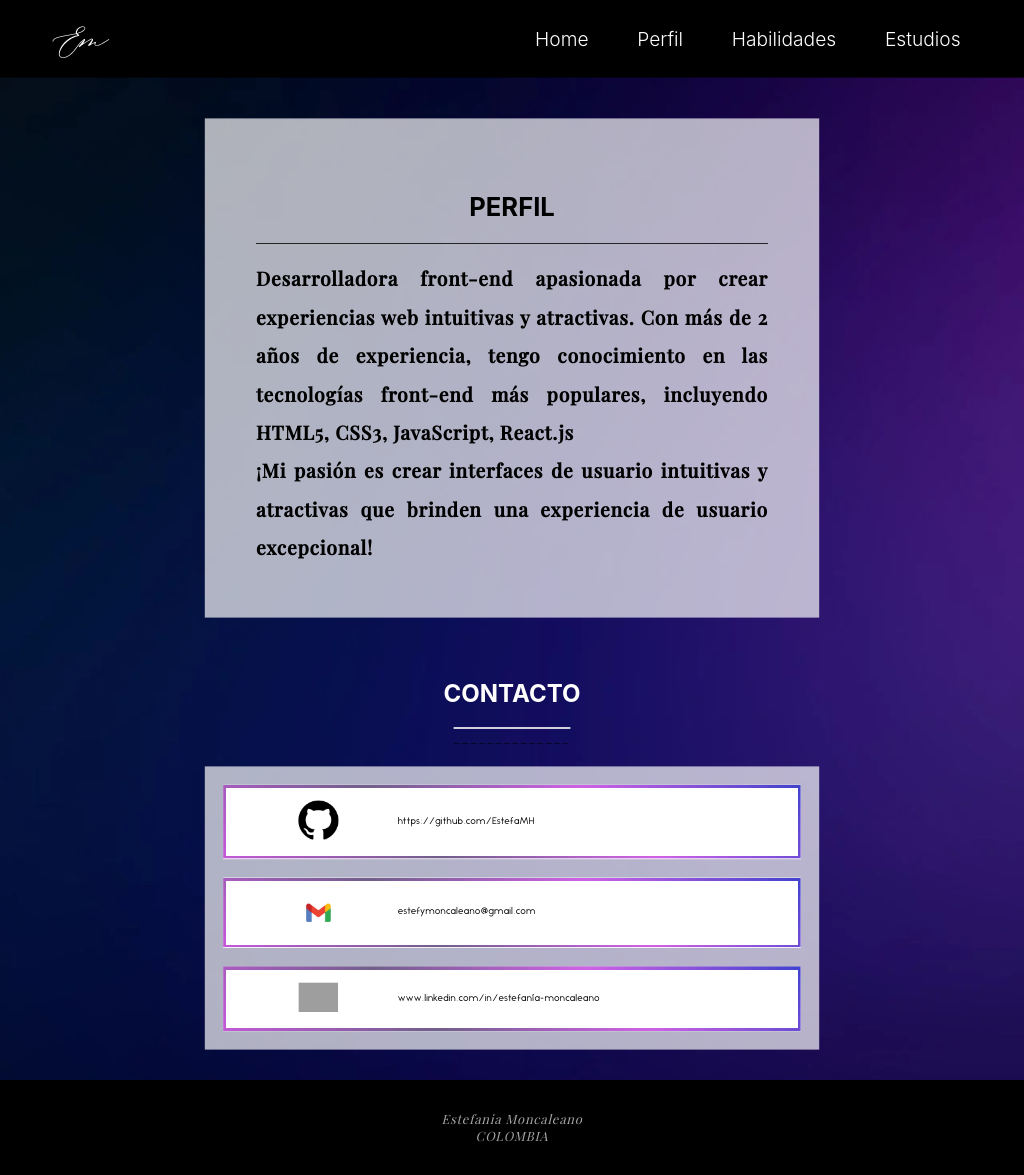
Repository: EstefaMH/PORTAFOLIO
Page: /aboutme
These files come from the project's save history. The page is drawn as it stood at one moment and after a run of saves; the edit follows.
The browser window is 1280 px wide. The pictures show the whole page, at 80% of full size.
Pictures or frames that could not be fetched are drawn as grey boxes. Some web fonts or font styles are not loaded; a fallback is used. The project was rebuilt for these pictures with package versions that can differ from the ones it lists, and the page was loaded fresh each time. Also part of the build but not shown: src/pages/home/Home.js, src/pages/error/Error404.css, src/pages/error/Error404.js, src/pages/jobs/Jobs.js, src/models/Languages.js, src/components/project/project.js, src/pages/skills/Skills.css, src/pages/skills/Skills.js and 2 more.

Above is the page before, as saved 2024-05-23 22:50:44.

After the next 5 saves:
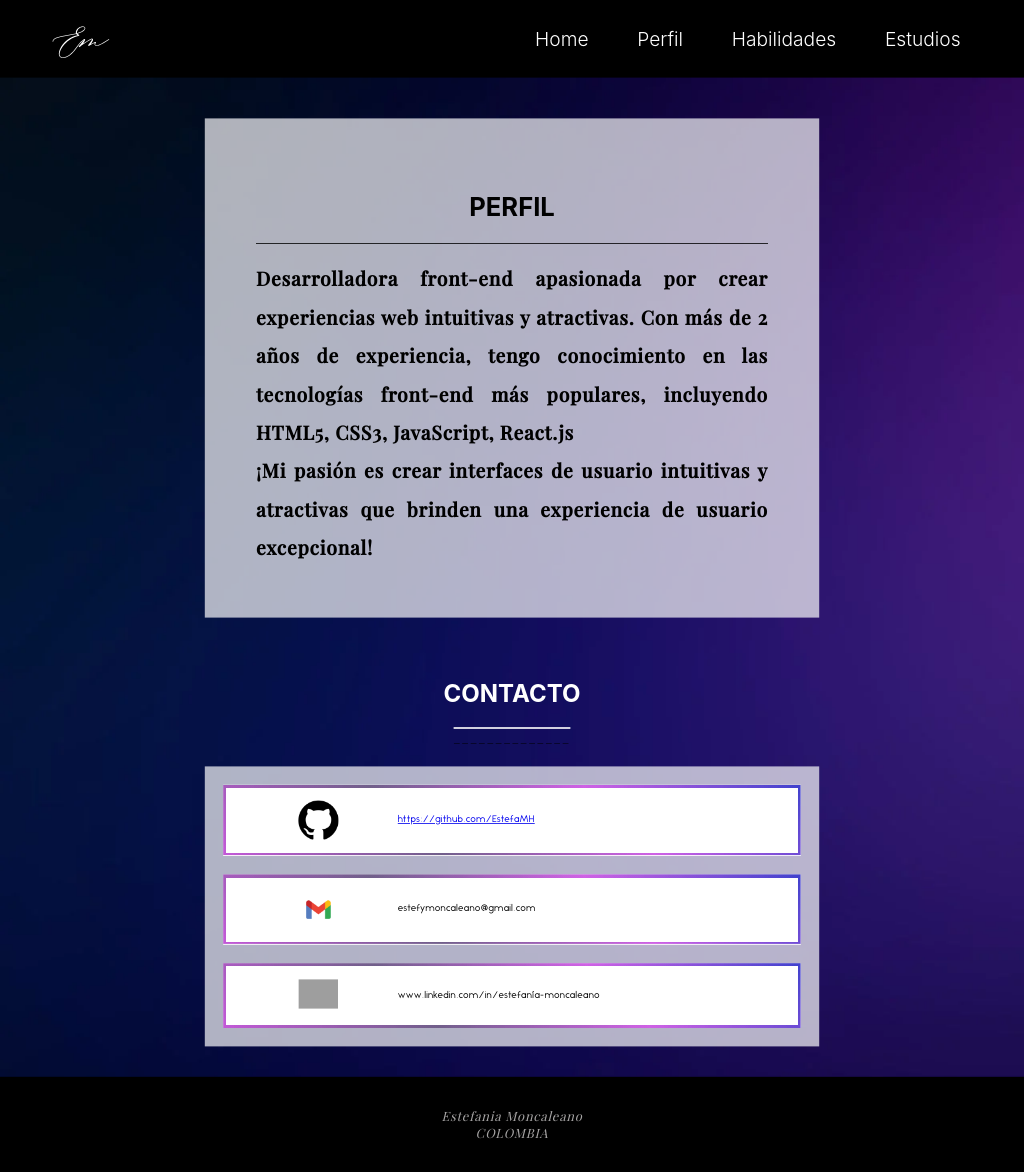
The 5 saves are shown as one change because 1 did not build or start and some came seconds apart.
The last was saved 40 s later.
--- a/src/pages/aboutme/Aboutme.js
+++ b/src/pages/aboutme/Aboutme.js
@@ -32,13 +32,14 @@ function About() {
 
                 <article className='container-contact-icons'>
 
+                <a target={'_blank'} href='https://github.com/EstefaMH'>
+                    <div className='contact-icons'>
 
-                    <div className='contact-icons'>
-                        <a target={'_blank'} href='https://github.com/EstefaMH'>
                             <img className='contact-icon' src={github} />
-                        </a>
+
                         <p>https://github.com/EstefaMH</p>
                     </div>
+                    </a>
 
                     <div className='contact-icons'>
                         <img className='contact-icon' src={gmail} />
